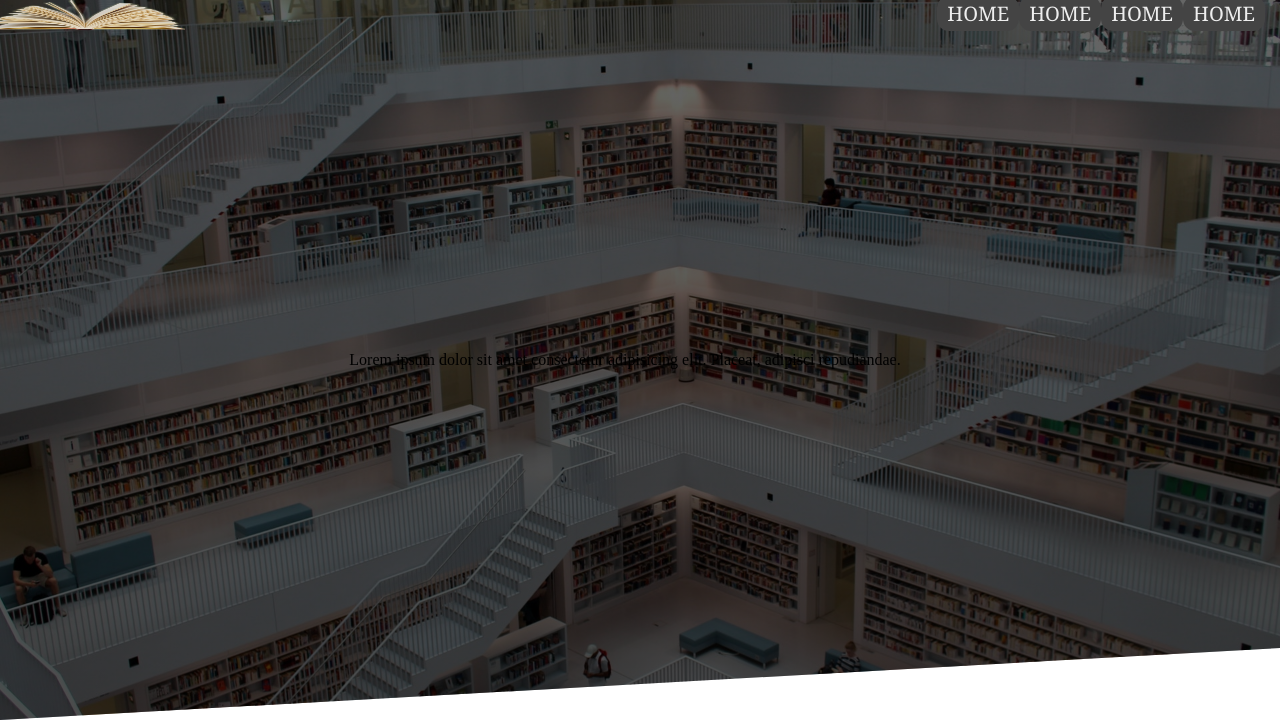
Repository: imedakrouti/BookStore
Page: ex.html
These files come from the project's save history. The page is drawn as it stood at one moment and after the next save; the edit follows.
The browser window is 1280 px wide. The pictures show the whole page.

Above is the page before, as saved 2020-05-06 21:50:37.

After the next save:
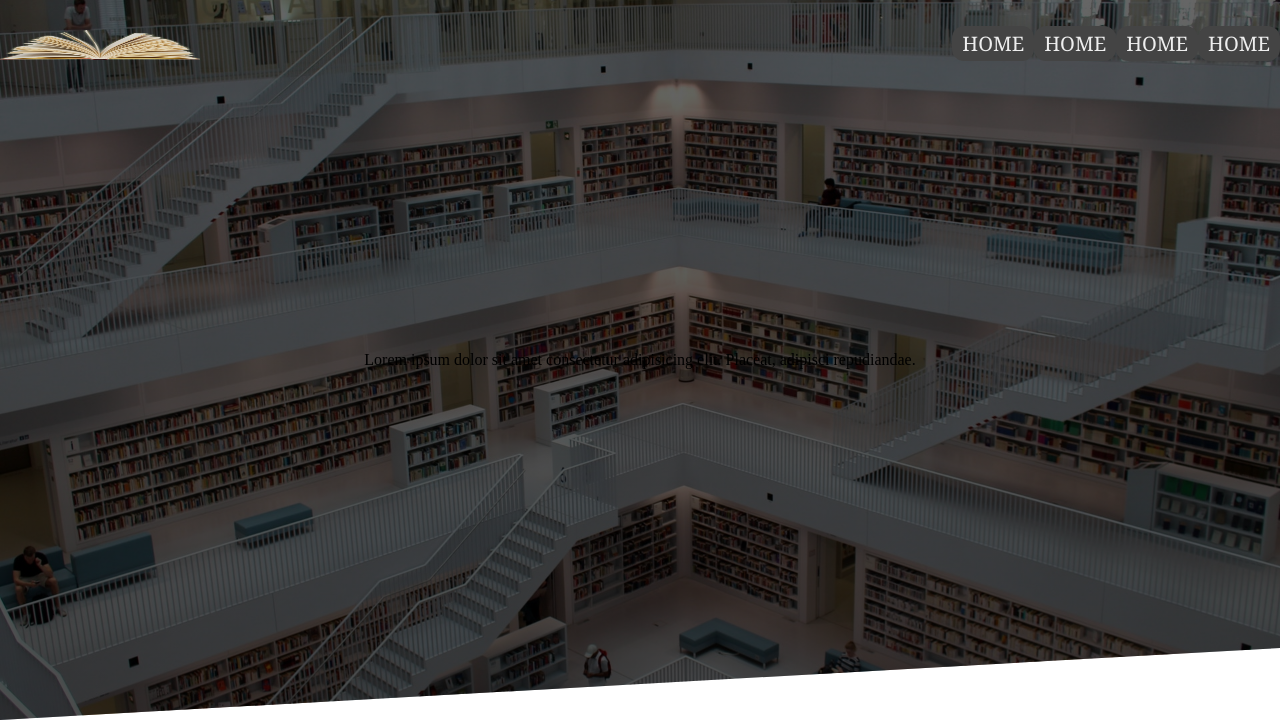
Saved 9 s later.
--- a/ex.html
+++ b/ex.html
@@ -18,7 +18,7 @@
     display: flex;
     align-items: center;
     justify-content: center;
-    padding-right: 30px;
+    padding: 30px;
   }
     .nav{
         align-self: start;
